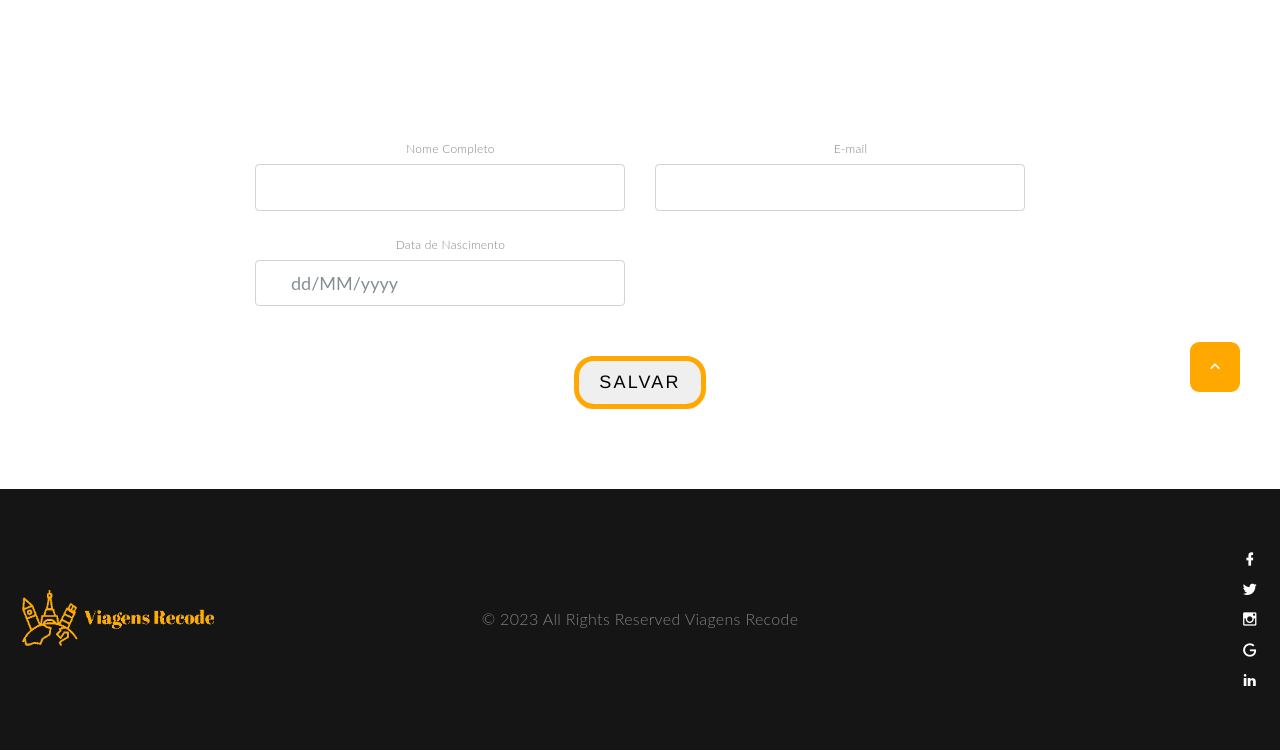
Repository: LiraS23/RecodePro2023-Modulo-4
Page: http://localhost/Modulo4/editarCliente.jsp
An editor plug-in stored every save of this project. The page is shown before and after the next save, followed by the edit.
The browser window is 1280 px wide. The pictures show the part of the page from y = 388 to 1138 px (the page is 1138 px tall before and 1049 px after).
Some web fonts or font styles are not loaded; a fallback is used. The page is served by Tomcat 10.

Above is the page before, as saved 2023-11-02 17:38:47.

After the next save:
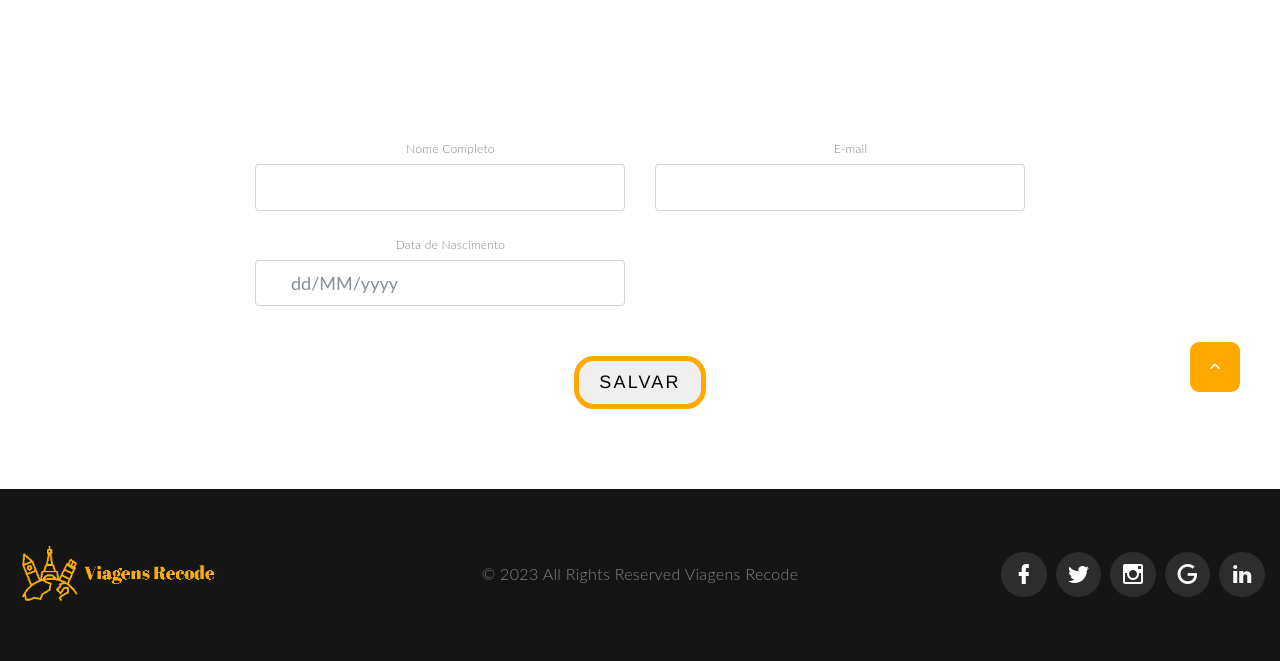
Saved 15 s later.
--- a/java/Modulo4/src/main/webapp/editarCliente.jsp
+++ b/java/Modulo4/src/main/webapp/editarCliente.jsp
@@ -86,51 +86,47 @@
 			<div class="container">
 				<div class="row justify-content-center">
 					<div class="col-md-8">
-								<!--form-->
-								<form class="" data-form-output="form-output-global"
-									data-form-type="contact" method="post"
-									action="/Modulo4/ClienteController">
-									<input type="hidden" id="cpf" name="cpf"
-										value="<%=request.getParameter("cpf")%>">
-									<div class="row row-fix row-20">
-										<div class="col-md-6">
-											<div class="form-wrap form-wrap-validation">
-												<label class="form-label-outside" for="nome">Nome
-													Completo</label> <input class="form-control" id="nome" type="text"
-													name="nome" data-constraints="@Required" />
-											</div>
-										</div>
-										<div class="col-md-6">
-											<div class="form-wrap form-wrap-validation">
-												<label class="form-label-outside" for="email">E-mail</label>
-												<input class="form-control" id="email" type="email"
-													name="email" data-constraints="@Email @Required" />
-											</div>
-										</div>
-										<div class="col-md-6">
-											<div class="form-wrap form-wrap-validation">
-												<label class="form-label-outside" for="dataNasc">Data
-													de Nascimento</label><input class="form-control" id="dataNasc"
-													type="text" name="dataNasc" placeholder="dd/MM/yyyy"
-													data-constraints="@Numeric @Required" />
-											</div>
-										</div>
-										<div class="col-sm-12 offset-custom-1">
-											<div class="form-button">
-												<button class="btn btn-secondary"
-													style="border: 5px solid #FFA900; border-radius: 20px;"
-													type="button" onclick="atualizarCliente()">Salvar</button>
-											</div>
-										</div>
-									</div>
-								</form>
+						<!--form-->
+						<form class="" data-form-output="form-output-global"
+							data-form-type="contact" method="post"
+							action="/Modulo4/ClienteController">
+							<input type="hidden" id="cpf" name="cpf"
+								value="<%=request.getParameter("cpf")%>">
+							<div class="row row-fix row-20">
+								<div class="col-md-6">
+									<div class="form-wrap form-wrap-validation">
+										<label class="form-label-outside" for="nome">Nome
+											Completo</label> <input class="form-control" id="nome" type="text"
+											name="nome" data-constraints="@Required" />
+									</div>
+								</div>
+								<div class="col-md-6">
+									<div class="form-wrap form-wrap-validation">
+										<label class="form-label-outside" for="email">E-mail</label> <input
+											class="form-control" id="email" type="email" name="email"
+											data-constraints="@Email @Required" />
+									</div>
+								</div>
+								<div class="col-md-6">
+									<div class="form-wrap form-wrap-validation">
+										<label class="form-label-outside" for="dataNasc">Data
+											de Nascimento</label><input class="form-control" id="dataNasc"
+											type="text" name="dataNasc" placeholder="dd/MM/yyyy"
+											data-constraints="@Numeric @Required" />
+									</div>
+								</div>
+								<div class="col-sm-12 offset-custom-1">
+									<div class="form-button">
+										<button class="btn btn-secondary"
+											style="border: 5px solid #FFA900; border-radius: 20px;"
+											type="button" onclick="atualizarCliente()">Salvar</button>
+									</div>
+								</div>
 							</div>
-						</div>
+						</form>
 					</div>
 				</div>
-			</div>
 		</section>
-
 		<!-- Footer Minimal-->
 		<footer
 			class="section page-footer page-footer-minimal novi-background bg-cover text-center bg-gray-darker">
